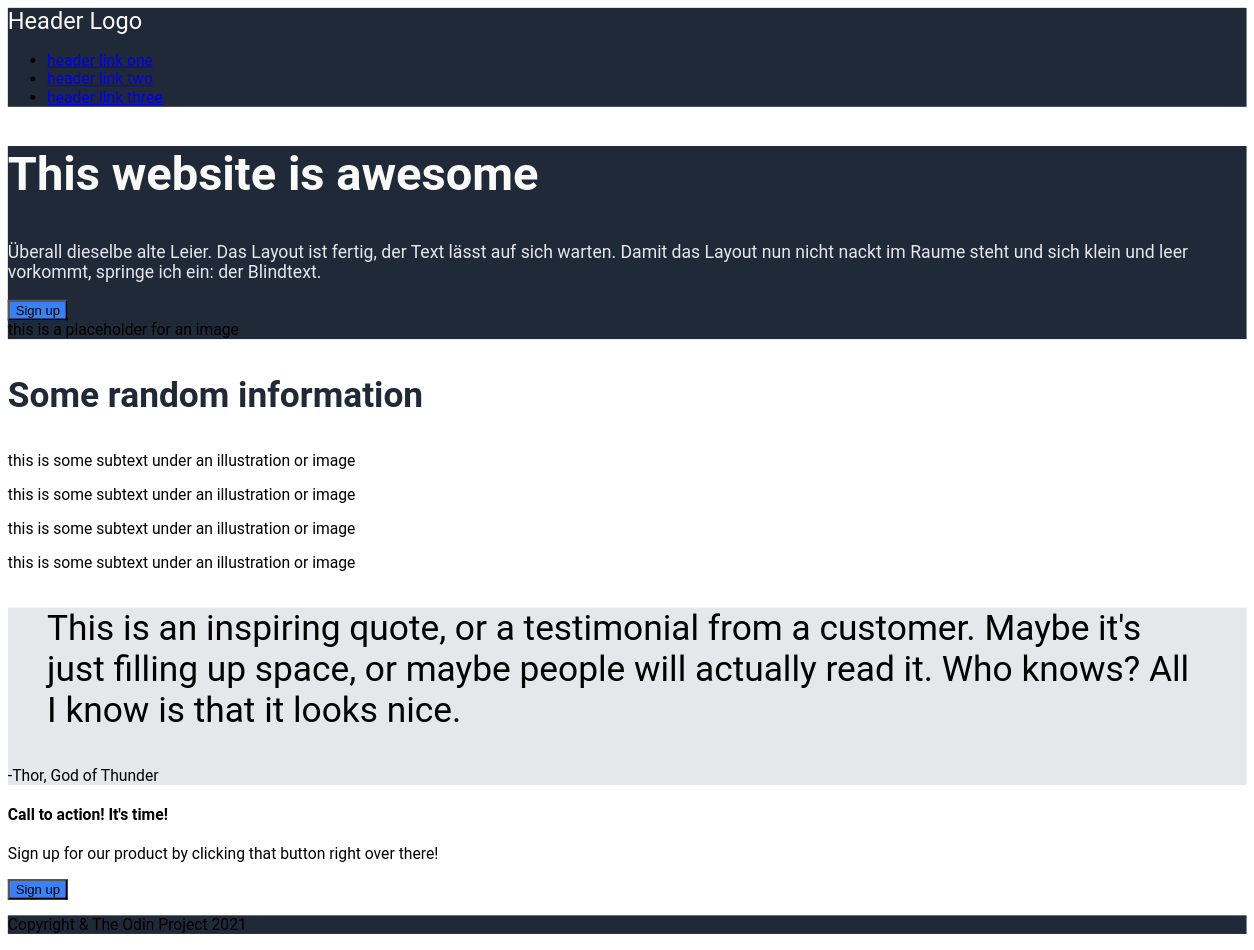
Repository: evemcd/odin_project
Page: odin-project2-landing-page/index.html
These files come from the project's save history. The page is drawn as it stood at one moment and after the next save; the edit follows.
The browser window is 1280 px wide. The pictures show the whole page, at 98% of full size.

Above is the page before, as saved 2022-02-08 09:12:50.

After the next save:
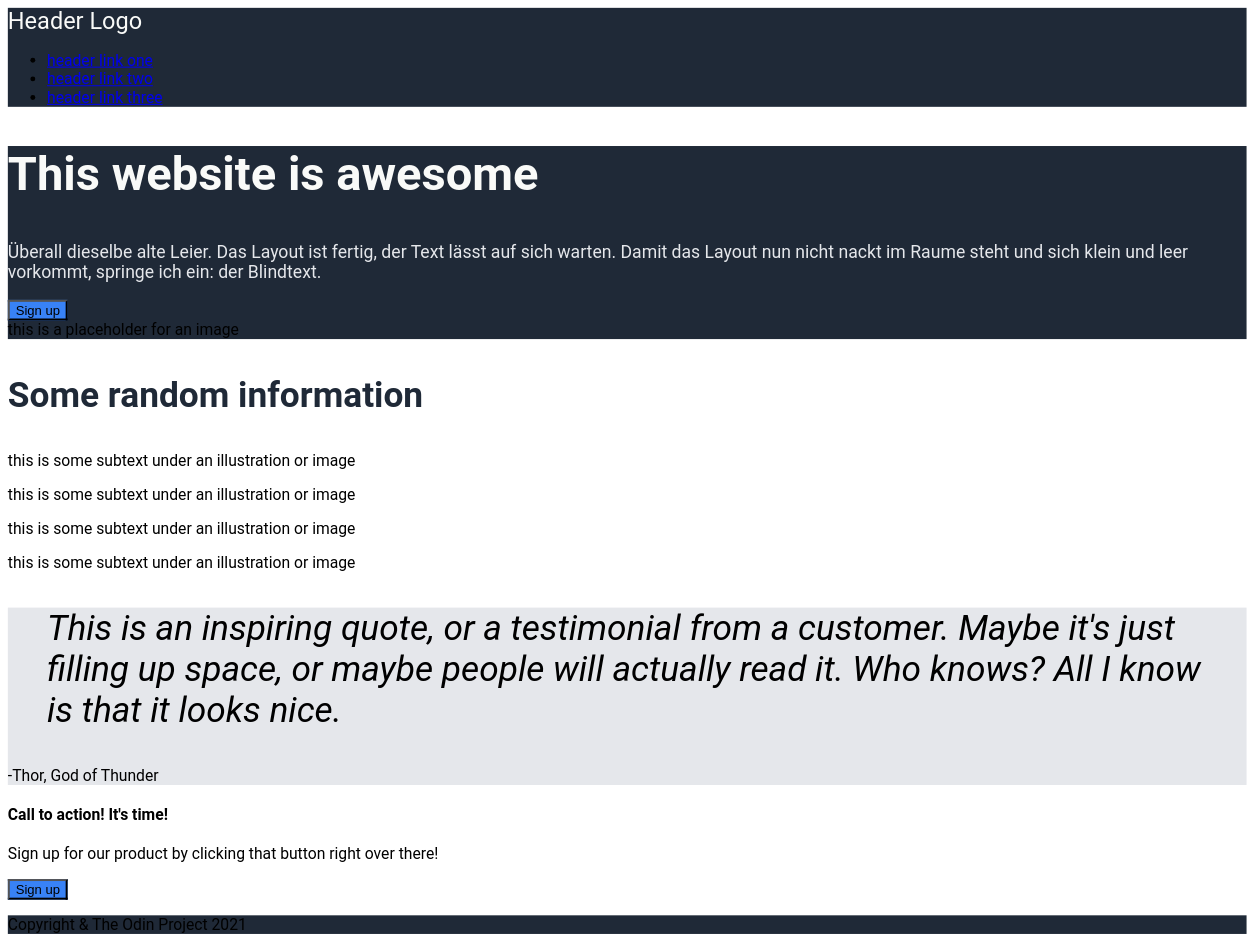
Saved 10 s later.
--- a/odin-project2-landing-page/style.css
+++ b/odin-project2-landing-page/style.css
@@ -45,5 +45,5 @@ button {
 
 blockquote {
     font-size: 36px;
-    font-style: light-italic;
+    font-style: italic;
 }
